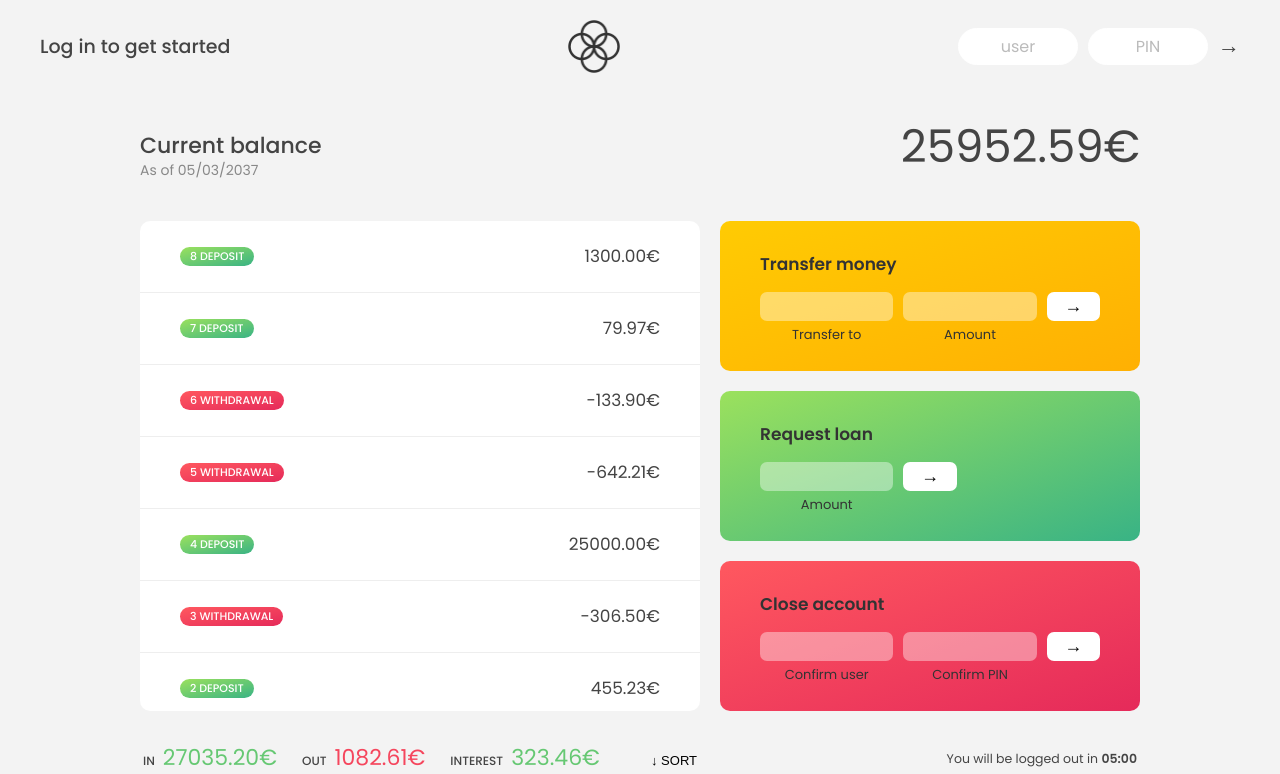
Repository: Samkiroko/Dateas-Number-Timers
Page: starter/index.html
These files come from the project's save history. The page is drawn as it stood at one moment and after the next save; the edit follows.
The browser window is 1280 px wide. The pictures show the whole page.
An inner scrolling area shows only its first screen.

Above is the page before, as saved 2021-03-20 08:29:14.

### starter/index.html
<!DOCTYPE html>
<html lang="en">
  <head>
    <meta charset="UTF-8" />
    <meta name="viewport" content="width=device-width, initial-scale=1.0" />
    <meta http-equiv="X-UA-Compatible" content="ie=edge" />
    <link rel="shortcut icon" type="image/png" href="/icon.png" />

    <link
      href="https://fonts.googleapis.com/css?family=Poppins:400,500,600&display=swap"
      rel="stylesheet"
    />

    <link rel="stylesheet" href="style.css" />
    <title>Bankist</title>
  </head>
  <body>
    <!-- TOP NAVIGATION -->
    <nav>
      <p class="welcome">Log in to get started</p>
      <img src="logo.png" alt="Logo" class="logo" />
      <form class="login">
        <input
          type="text"
          placeholder="user"
          class="login__input login__input--user"
        />
        <!-- In practice, use type="password" -->
        <input
          type="text"
          placeholder="PIN"
          maxlength="4"
          class="login__input login__input--pin"
        />
        <button class="login__btn">&rarr;</button>
      </form>
    </nav>

    <main class="app">
      <!-- BALANCE -->
      <div class="balance">
        <div>
          <p class="balance__label">Current balance</p>
          <p class="balance__date">
            As of <span class="date">05/03/2037</span>
          </p>
        </div>
        <p class="balance__value">0000€</p>
      </div>

      <!-- MOVEMENTS -->
      <div class="movements">
        <div class="movements__row">
          <div class="movements__type movements__type--deposit">2 deposit</div>
          <div class="movements__date">3 days ago</div>
          <div class="movements__value">4 000€</div>
        </div>
        <div class="movements__row">
          <div class="movements__type movements__type--withdrawal">
            1 withdrawal
          </div>
          <div class="movements__date">24/01/2037</div>
          <div class="movements__value">-378€</div>
        </div>
      </div>

      <!-- SUMMARY -->
      <div class="summary">
        <p class="summary__label">In</p>
        <p class="summary__value summary__value--in">0000€</p>
        <p class="summary__label">Out</p>
        <p class="summary__value summary__value--out">0000€</p>
        <p class="summary__label">Interest</p>
        <p class="summary__value summary__value--interest">0000€</p>
        <button class="btn--sort">&downarrow; SORT</button>
      </div>

      <!-- OPERATION: TRANSFERS -->
      <div class="operation operation--transfer">
        <h2>Transfer money</h2>
        <form class="form form--transfer">
          <input type="text" class="form__input form__input--to" />
          <input type="number" class="form__input form__input--amount" />
          <button class="form__btn form__btn--transfer">&rarr;</button>
          <label class="form__label">Transfer to</label>
          <label class="form__label">Amount</label>
        </form>
      </div>

      <!-- OPERATION: LOAN -->
      <div class="operation operation--loan">
        <h2>Request loan</h2>
        <form class="form form--loan">
          <input type="number" class="form__input form__input--loan-amount" />
          <button class="form__btn form__btn--loan">&rarr;</button>
          <label class="form__label form__label--loan">Amount</label>
        </form>
      </div>

      <!-- OPERATION: CLOSE -->
      <div class="operation operation--close">
        <h2>Close account</h2>
        <form class="form form--close">
          <input type="text" class="form__input form__input--user" />
          <input
            type="password"
            maxlength="6"
            class="form__input form__input--pin"
          />
          <button class="form__btn form__btn--close">&rarr;</button>
          <label class="form__label">Confirm user</label>
          <label class="form__label">Confirm PIN</label>
        </form>
      </div>

      <!-- LOGOUT TIMER -->
      <p class="logout-timer">
        You will be logged out in <span class="timer">05:00</span>
      </p>
    </main>

    <!-- <footer>
      &copy; by Jonas Schmedtmann. Don't claim as your own :)
    </footer> -->

    <script src="script.js"></script>
  </body>
</html>

### starter/style.css
/*
 * Use this CSS to learn some intersting techniques,
 * in case you're wondering how I built the UI.
 * Have fun! 😁
 */

* {
  margin: 0;
  padding: 0;
  box-sizing: inherit;
}

html {
  font-size: 62.5%;
  box-sizing: border-box;
}

body {
  font-family: 'Poppins', sans-serif;
  color: #444;
  background-color: #f3f3f3;
  height: 100vh;
  padding: 2rem;
}

nav {
  display: flex;
  justify-content: space-between;
  align-items: center;
  padding: 0 2rem;
}

.welcome {
  font-size: 1.9rem;
  font-weight: 500;
}

.logo {
  height: 5.25rem;
}

.login {
  display: flex;
}

.login__input {
  border: none;
  padding: 0.5rem 2rem;
  font-size: 1.6rem;
  font-family: inherit;
  text-align: center;
  width: 12rem;
  border-radius: 10rem;
  margin-right: 1rem;
  color: inherit;
  border: 1px solid #fff;
  transition: all 0.3s;
}

.login__input:focus {
  outline: none;
  border: 1px solid #ccc;
}

.login__input::placeholder {
  color: #bbb;
}

.login__btn {
  border: none;
  background: none;
  font-size: 2.2rem;
  color: inherit;
  cursor: pointer;
  transition: all 0.3s;
}

.login__btn:hover,
.login__btn:focus,
.btn--sort:hover,
.btn--sort:focus {
  outline: none;
  color: #777;
}

/* MAIN */
.app {
  position: relative;
  max-width: 100rem;
  margin: 4rem auto;
  display: grid;
  grid-template-columns: 4fr 3fr;
  grid-template-rows: auto repeat(3, 15rem) auto;
  gap: 2rem;

  /* NOTE This creates the fade in/out anumation */
  opacity: 0;
  transition: all 1s;
}

.balance {
  grid-column: 1 / span 2;
  display: flex;
  align-items: flex-end;
  justify-content: space-between;
  margin-bottom: 2rem;
}

.balance__label {
  font-size: 2.2rem;
  font-weight: 500;
  margin-bottom: -0.2rem;
}

.balance__date {
  font-size: 1.4rem;
  color: #888;
}

.balance__value {
  font-size: 4.5rem;
  font-weight: 400;
}

/* MOVEMENTS */
.movements {
  grid-row: 2 / span 3;
  background-color: #fff;
  border-radius: 1rem;
  overflow: scroll;
}

.movements__row {
  padding: 2.25rem 4rem;
  display: flex;
  align-items: center;
  border-bottom: 1px solid #eee;
}

.movements__type {
  font-size: 1.1rem;
  text-transform: uppercase;
  font-weight: 500;
  color: #fff;
  padding: 0.1rem 1rem;
  border-radius: 10rem;
  margin-right: 2rem;
}

.movements__date {
  font-size: 1.1rem;
  text-transform: uppercase;
  font-weight: 500;
  color: #666;
}

.movements__type--deposit {
  background-image: linear-gradient(to top left, #39b385, #9be15d);
}

.movements__type--withdrawal {
  background-image: linear-gradient(to top left, #e52a5a, #ff585f);
}

.movements__value {
  font-size: 1.7rem;
  margin-left: auto;
}

/* SUMMARY */
.summary {
  grid-row: 5 / 6;
  display: flex;
  align-items: baseline;
  padding: 0 0.3rem;
  margin-top: 1rem;
}

.summary__label {
  font-size: 1.2rem;
  font-weight: 500;
  text-transform: uppercase;
  margin-right: 0.8rem;
}

.summary__value {
  font-size: 2.2rem;
  margin-right: 2.5rem;
}

.summary__value--in,
.summary__value--interest {
  color: #66c873;
}

.summary__value--out {
  color: #f5465d;
}

.btn--sort {
  margin-left: auto;
  border: none;
  background: none;
  font-size: 1.3rem;
  font-weight: 500;
  cursor: pointer;
}

/* OPERATIONS */
.operation {
  border-radius: 1rem;
  padding: 3rem 4rem;
  color: #333;
}

.operation--transfer {
  background-image: linear-gradient(to top left, #ffb003, #ffcb03);
}

.operation--loan {
  background-image: linear-gradient(to top left, #39b385, #9be15d);
}

.operation--close {
  background-image: linear-gradient(to top left, #e52a5a, #ff585f);
}

h2 {
  margin-bottom: 1.5rem;
  font-size: 1.7rem;
  font-weight: 600;
  color: #333;
}

.form {
  display: grid;
  grid-template-columns: 2.5fr 2.5fr 1fr;
  grid-template-rows: auto auto;
  gap: 0.4rem 1rem;
}

/* Exceptions for interst */
.form.form--loan {
  grid-template-columns: 2.5fr 1fr 2.5fr;
}
.form__label--loan {
  grid-row: 2;
}
/* End exceptions */

.form__input {
  width: 100%;
  border: none;
  background-color: rgba(255, 255, 255, 0.4);
  font-family: inherit;
  font-size: 1.5rem;
  text-align: center;
  color: #333;
  padding: 0.3rem 1rem;
  border-radius: 0.7rem;
  transition: all 0.3s;
}

.form__input:focus {
  outline: none;
  background-color: rgba(255, 255, 255, 0.6);
}

.form__label {
  font-size: 1.3rem;
  text-align: center;
}

.form__btn {
  border: none;
  border-radius: 0.7rem;
  font-size: 1.8rem;
  background-color: #fff;
  cursor: pointer;
  transition: all 0.3s;
}

.form__btn:focus {
  outline: none;
  background-color: rgba(255, 255, 255, 0.8);
}

.logout-timer {
  padding: 0 0.3rem;
  margin-top: 1.9rem;
  text-align: right;
  font-size: 1.25rem;
}

.timer {
  font-weight: 600;
}

### starter/script.js
'use strict';

/////////////////////////////////////////////////
/////////////////////////////////////////////////
// BANKIST APP

/////////////////////////////////////////////////
// Data

// DIFFERENT DATA! Contains movement dates, currency and locale

const account1 = {
  owner: 'Jonas Schmedtmann',
  movements: [200, 455.23, -306.5, 25000, -642.21, -133.9, 79.97, 1300],
  interestRate: 1.2, // %
  pin: 1111,

  movementsDates: [
    '2019-11-18T21:31:17.178Z',
    '2019-12-23T07:42:02.383Z',
    '2020-01-28T09:15:04.904Z',
    '2020-04-01T10:17:24.185Z',
    '2020-05-08T14:11:59.604Z',
    '2020-05-27T17:01:17.194Z',
    '2020-07-11T23:36:17.929Z',
    '2020-07-12T10:51:36.790Z',
  ],
  currency: 'EUR',
  locale: 'pt-PT', // de-DE
};

const account2 = {
  owner: 'Jessica Davis',
  movements: [5000, 3400, -150, -790, -3210, -1000, 8500, -30],
  interestRate: 1.5,
  pin: 2222,

  movementsDates: [
    '2019-11-01T13:15:33.035Z',
    '2019-11-30T09:48:16.867Z',
    '2019-12-25T06:04:23.907Z',
    '2020-01-25T14:18:46.235Z',
    '2020-02-05T16:33:06.386Z',
    '2020-04-10T14:43:26.374Z',
    '2020-06-25T18:49:59.371Z',
    '2020-07-26T12:01:20.894Z',
  ],
  currency: 'USD',
  locale: 'en-US',
};

const accounts = [account1, account2];

/////////////////////////////////////////////////
// Elements
const labelWelcome = document.querySelector('.welcome');
const labelDate = document.querySelector('.date');
const labelBalance = document.querySelector('.balance__value');
const labelSumIn = document.querySelector('.summary__value--in');
const labelSumOut = document.querySelector('.summary__value--out');
const labelSumInterest = document.querySelector('.summary__value--interest');
const labelTimer = document.querySelector('.timer');

const containerApp = document.querySelector('.app');
const containerMovements = document.querySelector('.movements');

const btnLogin = document.querySelector('.login__btn');
const btnTransfer = document.querySelector('.form__btn--transfer');
const btnLoan = document.querySelector('.form__btn--loan');
const btnClose = document.querySelector('.form__btn--close');
const btnSort = document.querySelector('.btn--sort');

const inputLoginUsername = document.querySelector('.login__input--user');
const inputLoginPin = document.querySelector('.login__input--pin');
const inputTransferTo = document.querySelector('.form__input--to');
const inputTransferAmount = document.querySelector('.form__input--amount');
const inputLoanAmount = document.querySelector('.form__input--loan-amount');
const inputCloseUsername = document.querySelector('.form__input--user');
const inputClosePin = document.querySelector('.form__input--pin');

/////////////////////////////////////////////////
// Functions

const displayMovements = function (movements, sort = false) {
  containerMovements.innerHTML = '';

  const movs = sort ? movements.slice().sort((a, b) => a - b) : movements;

  movs.forEach(function (mov, i) {
    const type = mov > 0 ? 'deposit' : 'withdrawal';

    const html = `
      <div class="movements__row">
        <div class="movements__type movements__type--${type}">${
      i + 1
    } ${type}</div>
        <div class="movements__value">${mov.toFixed(2)}€</div>
      </div>
    `;

    containerMovements.insertAdjacentHTML('afterbegin', html);
  });
};

const calcDisplayBalance = function (acc) {
  acc.balance = acc.movements.reduce((acc, mov) => acc + mov, 0);
  labelBalance.textContent = `${acc.balance.toFixed(2)}€`;
};

const calcDisplaySummary = function (acc) {
  const incomes = acc.movements
    .filter(mov => mov > 0)
    .reduce((acc, mov) => acc + mov, 0);
  labelSumIn.textContent = `${incomes.toFixed(2)}€`;

  const out = acc.movements
    .filter(mov => mov < 0)
    .reduce((acc, mov) => acc + mov, 0);
  labelSumOut.textContent = `${Math.abs(out).toFixed(2)}€`;

  const interest = acc.movements
    .filter(mov => mov > 0)
    .map(deposit => (deposit * acc.interestRate) / 100)
    .filter((int, i, arr) => {
      // console.log(arr);
      return int >= 1;
    })
    .reduce((acc, int) => acc + int, 0);
  labelSumInterest.textContent = `${interest.toFixed(2)}€`;
};

const createUsernames = function (accs) {
  accs.forEach(function (acc) {
    acc.username = acc.owner
      .toLowerCase()
      .split(' ')
      .map(name => name[0])
      .join('');
  });
};
createUsernames(accounts);

const updateUI = function (acc) {
  // Display movements
  displayMovements(acc.movements);

  // Display balance
  calcDisplayBalance(acc);

  // Display summary
  calcDisplaySummary(acc);
};

///////////////////////////////////////
// Event handlers
let currentAccount;

// fake always logged
currentAccount = account1;
updateUI(currentAccount);
containerApp.style.opacity = 100;

const now = new Date();

btnLogin.addEventListener('click', function (e) {
  // Prevent form from submitting
  e.preventDefault();

  currentAccount = accounts.find(
    acc => acc.username === inputLoginUsername.value
  );
  console.log(currentAccount);

  if (currentAccount?.pin === +inputLoginPin.value) {
    // Display UI and message
    labelWelcome.textContent = `Welcome back, ${
      currentAccount.owner.split(' ')[0]
    }`;
    containerApp.style.opacity = 100;

    // Clear input fields
    inputLoginUsername.value = inputLoginPin.value = '';
    inputLoginPin.blur();

    // Update UI
    updateUI(currentAccount);
  }
});

btnTransfer.addEventListener('click', function (e) {
  e.preventDefault();
  const amount = +inputTransferAmount.value;
  const receiverAcc = accounts.find(
    acc => acc.username === inputTransferTo.value
  );
  inputTransferAmount.value = inputTransferTo.value = '';

  if (
    amount > 0 &&
    receiverAcc &&
    currentAccount.balance >= amount &&
    receiverAcc?.username !== currentAccount.username
  ) {
    // Doing the transfer
    currentAccount.movements.push(-amount);
    receiverAcc.movements.push(amount);

    // Update UI
    updateUI(currentAccount);
  }
});

btnLoan.addEventListener('click', function (e) {
  e.preventDefault();

  const amount = Math.floor(inputLoanAmount.value);

  if (amount > 0 && currentAccount.movements.some(mov => mov >= amount * 0.1)) {
    // Add movement
    currentAccount.movements.push(amount);

    // Update UI
    updateUI(currentAccount);
  }
  inputLoanAmount.value = '';
});

btnClose.addEventListener('click', function (e) {
  e.preventDefault();

  if (
    inputCloseUsername.value === currentAccount.username &&
    +inputClosePin.value === currentAccount.pin
  ) {
    const index = accounts.findIndex(
      acc => acc.username === currentAccount.username
    );
    console.log(index);
    // .indexOf(23)

    // Delete account
    accounts.splice(index, 1);

    // Hide UI
    containerApp.style.opacity = 0;
  }

  inputCloseUsername.value = inputClosePin.value = '';
});

let sorted = false;
btnSort.addEventListener('click', function (e) {
  e.preventDefault();
  displayMovements(currentAccount.movements, !sorted);
  sorted = !sorted;
});

/////////////////////////////////////////////////
/////////////////////////////////////////////////
// LECTURES
// console.log(23 === 23.0);
// console.log(0.1 + 0.2);
// console.log(Number('23'));
// console.log(+'23');

// //  parsing
// console.log(Number.parseInt('30px', 10));

// console.log(Number.parseFloat('2.5rem'));
// console.log(Number.parseInt('2.5rem'));

// console.log(Number.isFinite('20'));

// // Math and Rounding off
// console.log(Math.sqrt(25));
// console.log(Math.max(5, 3, 7, 5, 3, 5, 3));
// console.log(Math.min(5, 3, 7, 5, 3, 5, 3));

// console.log(Math.PI * Number.parseFloat('10px') ** 2);

// console.log(Math.trunc(Math.random() * 6) + 1);

// const ramdomInt = (min, max) =>
//   Math.floor(Math.random() * (max - min) + 1) + min;

// console.log(ramdomInt(10, 20));

// //  Rounding integers
// console.log(Math.trunc(23.3));
// console.log(Math.ceil(23.3));
// console.log(Math.floor(23.3));

// // Rounding decimals
// console.log((2.7).toFixed(0));
// console.log((2.7).toFixed(3));
// console.log((2.7).toFixed(2));

// //  reminder operator
// console.log(5 % 2); //reminder 1

// //  check even or odd
// const isEven = n => n % 2 === 0;

// console.log(isEven(2));
// console.log(isEven(111));

// labelBalance.addEventListener('click', function () {
//   [...document.querySelectorAll('.movements__row')].forEach(function (row, i) {
//     if (i % 2 === 0) row.style.backgroundColor = 'aqua';
//     if (i % 3 === 0) row.style.backgroundColor = 'purple';
//   });
// });

// // nth choosing use the reminder
// // big inti
// console.log(2 ** 53 - 1);
// console.log(Number.Max_SAFE_INTEGER);
// console.log(565633565766766767676574n);
// console.log(BigInt(45466565656565464));

// console.log(1000n * 10000n);

// create a date
// const now = new Date();
// console.log(now);

// console.log(new Date('December 24, 2015'));

// console.log(new Date(account1.movementsDates[0]));

// console.log(new Date(2037, 10, 19, 15, 23, 5));
// console.log(new Date(0));
// console.log(new Date(3 * 24 * 60 * 60 * 1000));

const future = new Date(2037, 10, 19, 15, 10);
console.log(future);
console.log(future.getFullYear());
console.log(future.getMonth());
console.log(future.getDate());
console.log(future.getDay());
console.log(future.getMinutes());
console.log(future.toISOString());
console.log(future.getTime());

console.log(Date.now());
future.setFullYear(2040);
console.log(future);

After the next save:
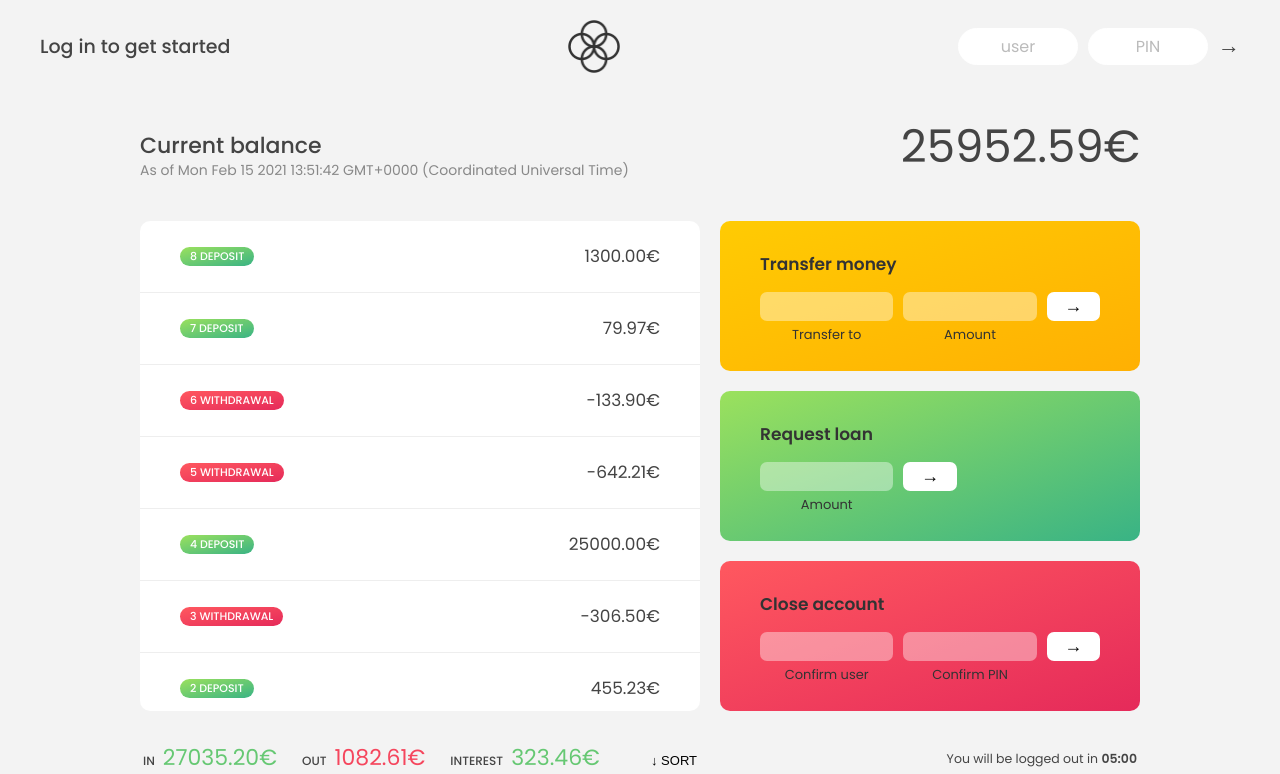
Saved 25 s later.
--- a/starter/script.js
+++ b/starter/script.js
@@ -161,6 +161,7 @@
 containerApp.style.opacity = 100;
 
 const now = new Date();
+labelDate.textContent = now;
 
 btnLogin.addEventListener('click', function (e) {
   // Prevent form from submitting
